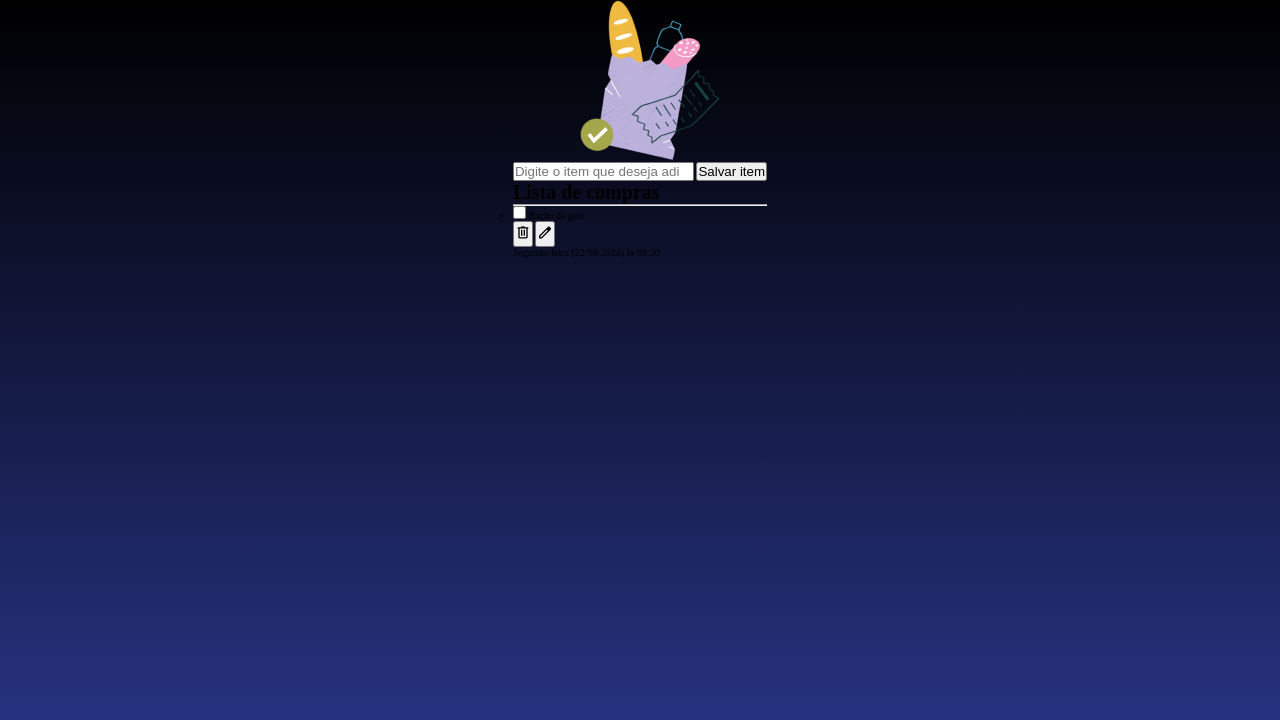
Repository: joaoPraiaJunior/compras_js
Page: index.html
These files come from the project's save history. The page is drawn as it stood at one moment and after the next save; the edit follows.
The browser window is 1280 px wide. The pictures show the whole page.
Some web fonts or font styles are not loaded; a fallback is used.

Above is the page before, as saved 2024-08-22 19:48:12.

After the next save:
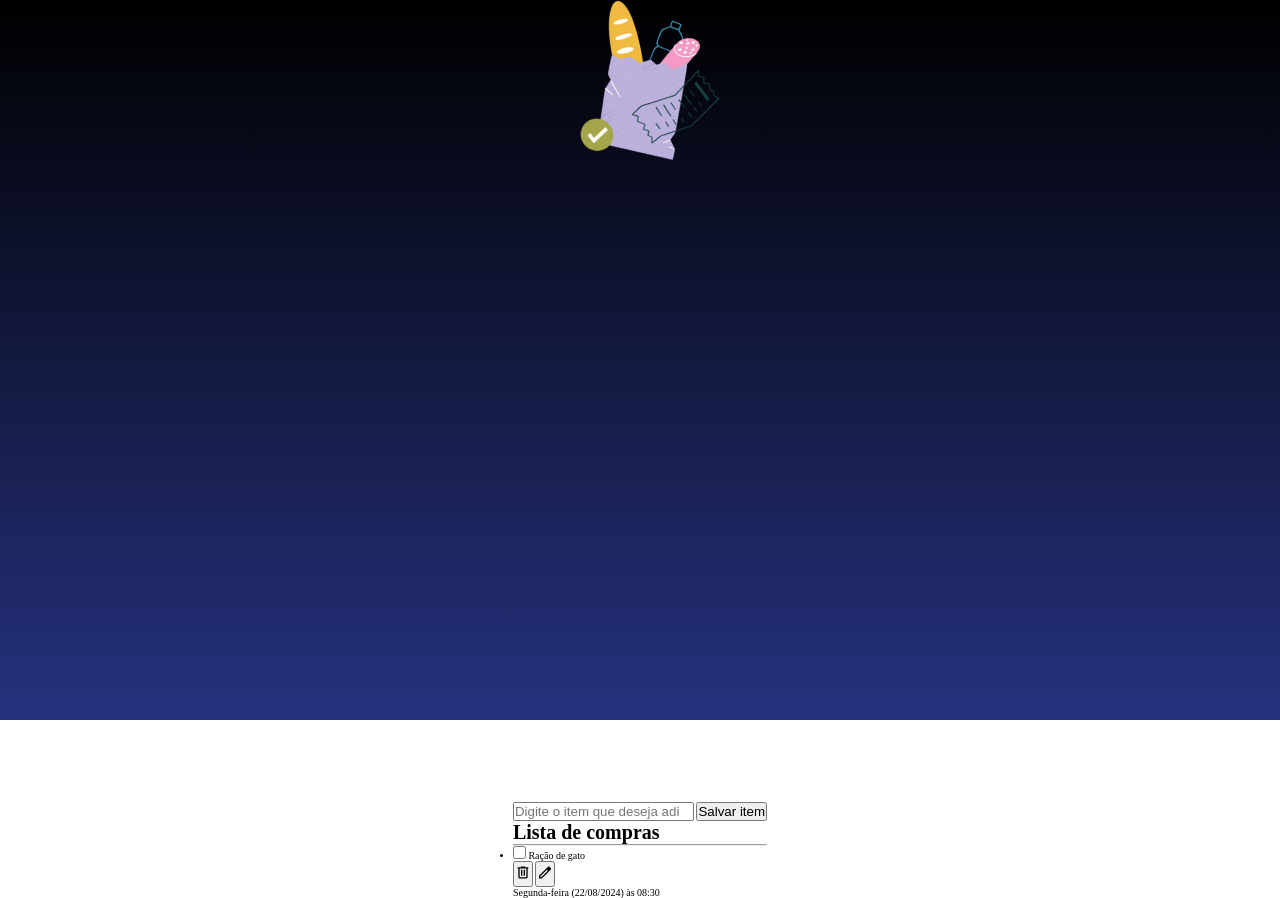
Saved 23 s later.
--- a/css/styles.css
+++ b/css/styles.css
@@ -26,3 +26,7 @@ body {
     background-repeat: no-repeat;
     height: 100vh;
 }
+
+main {
+    margin-top: 64.0rem
+}
